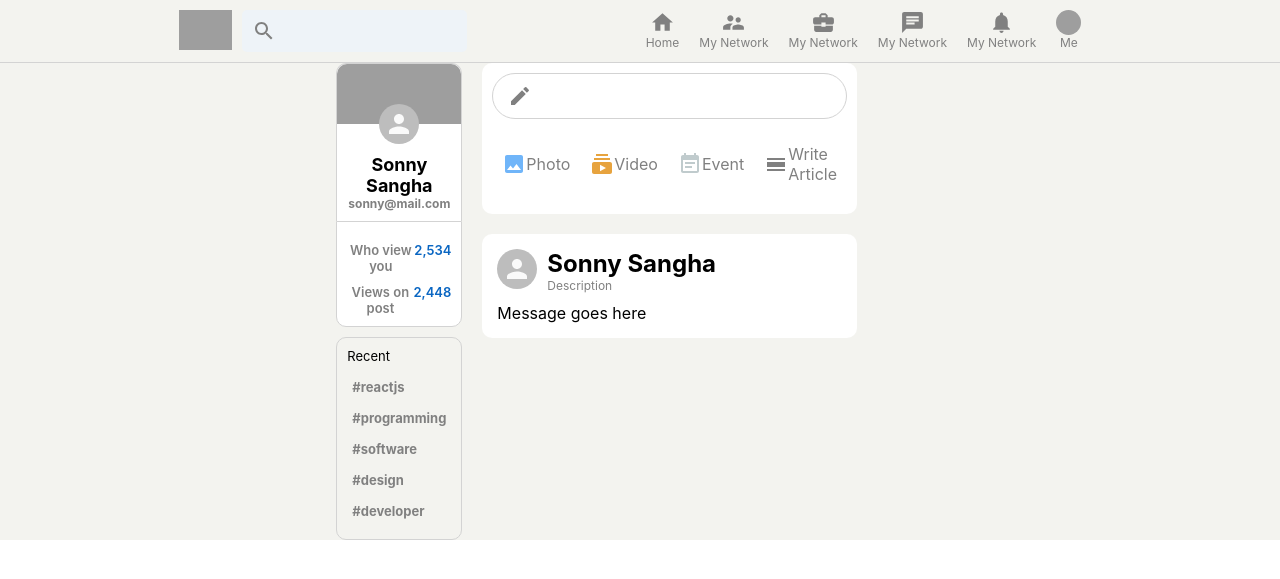
Repository: joaogamarra/linkedin-clone
Page: /
These files come from the project's save history. The page is drawn as it stood at one moment and after the next save; the edit follows.
The browser window is 1280 px wide. The pictures show the whole page.
Pictures or frames that could not be fetched are drawn as grey boxes. The project was rebuilt for these pictures with package versions that can differ from the ones it lists, and the page was loaded fresh each time.

Above is the page before, as saved 2021-02-19 14:21:45.

After the next save:
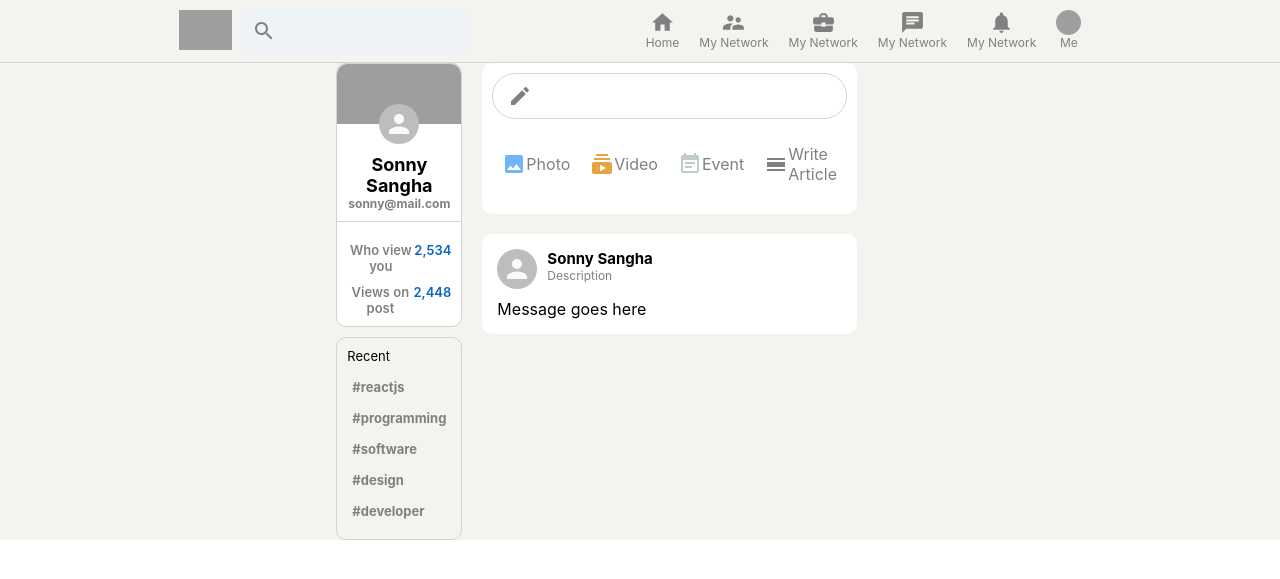
Saved 31 s later.
--- a/src/components/feed/Post.css
+++ b/src/components/feed/Post.css
@@ -19,6 +19,10 @@
 	color: gray;
 }
 
+.post__info > h2 {
+	font-size: 15px;
+}
+
 .post__body {
 	overflow-wrap: anywhere;
 }
